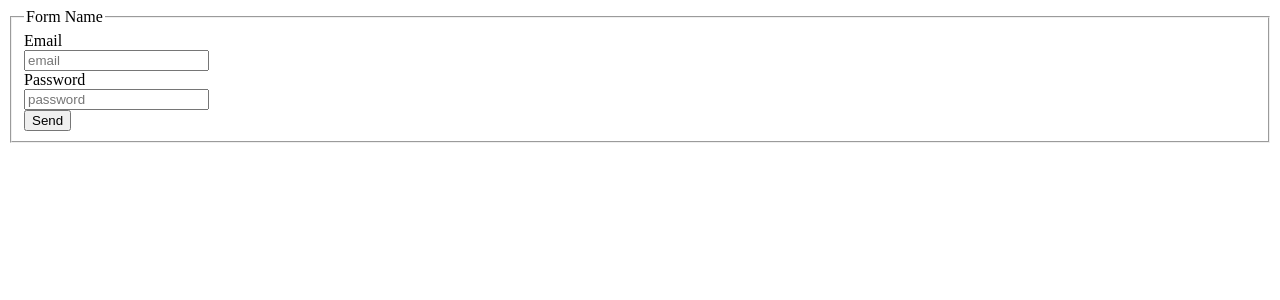
Repository: Geo476/dta-formation
Page: http://localhost/pizzeria-admin-app/login
These files come from the project's save history. The page is drawn as it stood at one moment and after the next save; the edit follows.
The browser window is 1280 px wide. The pictures show the whole page.
The page is served by Tomcat 9. Other server files are loaded and not shown.

Above is the page before, as saved 2016-12-21 11:48:52.

### multi-modules/pizzeria-admin-app/src/main/webapp/WEB-INF/views/sessions/log.jsp
<%@ page language="java" contentType="text/html; charset=ISO-8859-1"
    pageEncoding="ISO-8859-1"%>
<!DOCTYPE html PUBLIC "-//W3C//DTD HTML 4.01 Transitional//EN" "http://www.w3.org/TR/html4/loose.dtd">
<html>
<head>
<meta http-equiv="Content-Type" content="text/html; charset=ISO-8859-1">
<title>LOG_2</title>
</head>
<body>

<form class="form-horizontal">
<fieldset>

<!-- Form Name -->
<legend>Form Name</legend>

<!-- Text input-->
<div class="control-group">
  <label class="control-label" for="Email">Email</label>
  <div class="controls">
    <input id="Email" name="Email" type="text" placeholder="email" class="input-xlarge">

  </div>
</div>

<!-- Password input-->
<div class="control-group">
  <label class="control-label" for="Password">Password</label>
  <div class="controls">
    <input id="Password" name="Password" type="password" placeholder="password" class="input-xlarge">

  </div>
</div>

<!-- Button -->
<div class="control-group">
  <label class="control-label" for="Send"></label>
  <div class="controls">
    <button id="Send" name="Send" class="btn btn-default">Send</button>
  </div>
</div>

</fieldset>
</form>



</body>
</html>

### multi-modules/pizzeria-admin-app/src/main/java/fr/pizzeria/admin/web/Logger.java
package fr.pizzeria.admin.web;

import java.io.IOException;

import javax.servlet.RequestDispatcher;
import javax.servlet.ServletException;
import javax.servlet.annotation.WebServlet;
import javax.servlet.http.HttpServlet;
import javax.servlet.http.HttpServletRequest;
import javax.servlet.http.HttpServletResponse;

/**
 * Servlet implementation class Logger
 */
@WebServlet("/Logger")
public class Logger extends HttpServlet {
	private static final long serialVersionUID = 1L;

    /**
     * @see HttpServlet#HttpServlet()
     */
    public Logger() {
        super();
        // TODO Auto-generated constructor stub
    }

	/**
	 * @see HttpServlet#doGet(HttpServletRequest request, HttpServletResponse response)
	 */
	protected void doGet(HttpServletRequest request, HttpServletResponse response) throws ServletException, IOException {
		// TODO Auto-generated method stub

		RequestDispatcher dispatcher = this.getServletContext().getRequestDispatcher("/WEB-INF/views/sessions/log.jsp");
        dispatcher.forward(request, response);

	}

	/**
	 * @see HttpServlet#doPost(HttpServletRequest request, HttpServletResponse response)
	 */
	protected void doPost(HttpServletRequest request, HttpServletResponse response) throws ServletException, IOException {
		// TODO Auto-generated method stub
		doGet(request, response);
	}

}

After the next save:
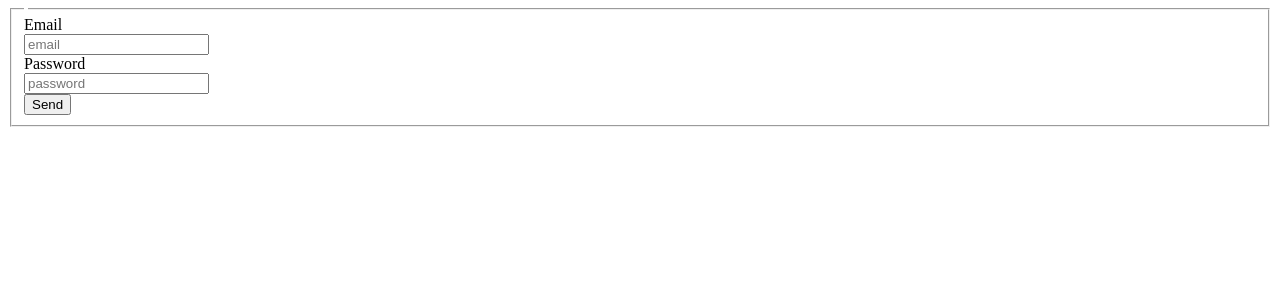
Saved 51 s later.
--- a/multi-modules/pizzeria-admin-app/src/main/webapp/WEB-INF/views/sessions/log.jsp
+++ b/multi-modules/pizzeria-admin-app/src/main/webapp/WEB-INF/views/sessions/log.jsp
@@ -12,7 +12,7 @@
 <fieldset>
 
 <!-- Form Name -->
-<legend>Form Name</legend>
+<legend></legend>
 
 <!-- Text input-->
 <div class="control-group">
